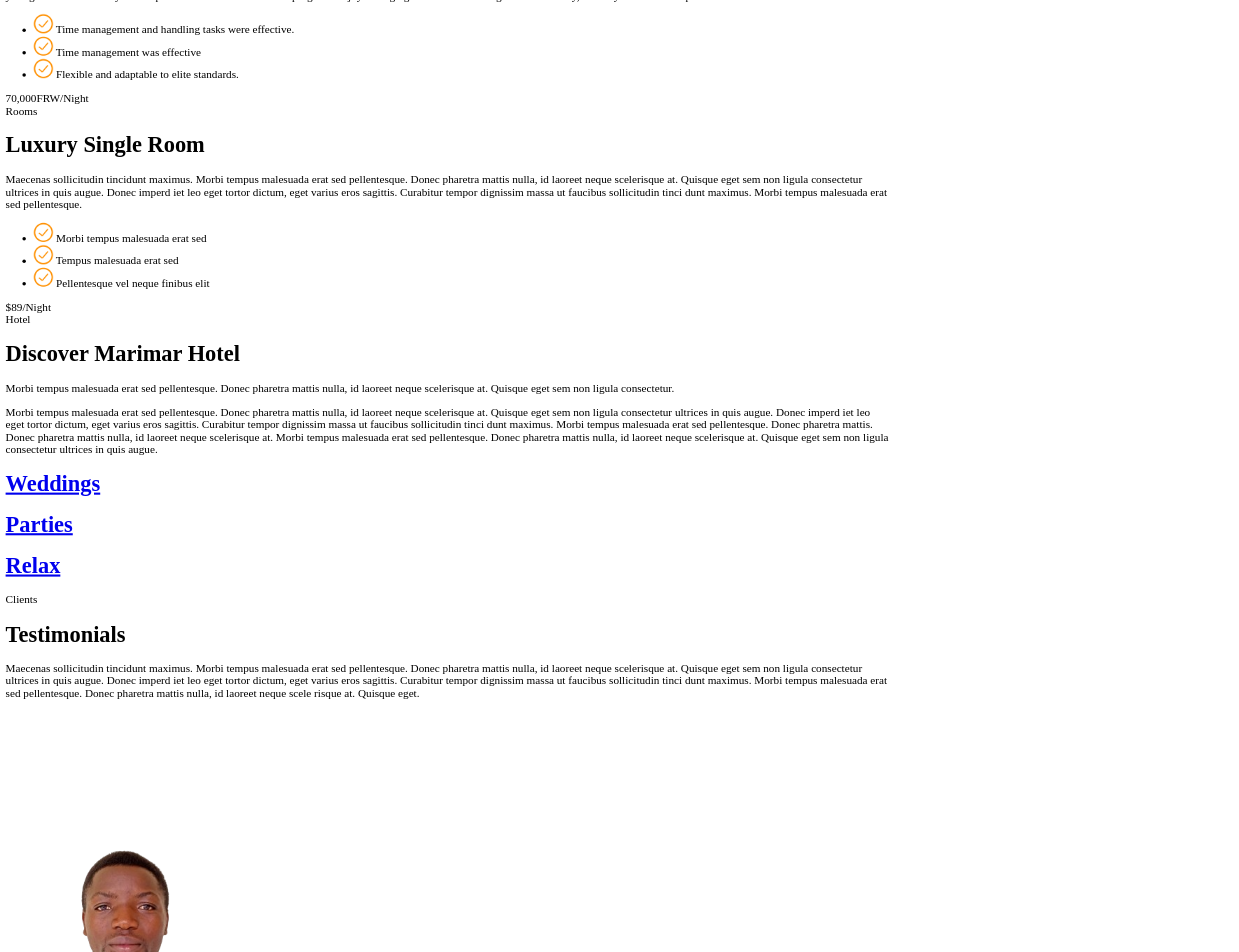
Repository: ITpatrick1/Accommodation-System
Page: http://localhost/home.php
An editor plug-in stored every save of this project. The page is shown before and after the next save, followed by the edit.
The browser window is 1280 px wide. The page is 1770 px wide, so the pictures cover 1770 px, including what lies to the right of the window. The pictures show the part of the page from y = 2434 to 3794 px (the page is 8321 px tall before and 8303 px after), at 70% of full size.
The page is run by PHP 8.4 with error messages shown; the project is at /var/www/html/.

Above is the page before, as saved 2024-08-19 01:29:16.

### home.php
<div class="intro">
    <div class="container">
      <div class="row">
        <div class="col">
          <div class="section_title text-center">
            <div>Welcome</div>
            <h1>Amazing Hotel in front of the Sea</h1>
          </div>
        </div>
      </div>
      <div class="row intro_row">
        <div class="col-xl-8 col-lg-10 offset-xl-2 offset-lg-1">
          <div class="intro_text text-center">
            <p>Effective planning and maximum effort are essential for success. Handling time well and with pleasure is key to managing tasks smoothly without obstacles. Focus on details, even when things are complicated, and stay concentrated on important tasks for progress. Carefully plan for future success and respect important tasks. Enjoy managing time and addressing tasks effectively, without barriers. Pay attention to details amidst complexity and keep focused on key tasks for growth and advancement. Planning carefully and respecting essential tasks will lead to future success.</p>
          </div>
        </div>
      </div>
      <div class="row gallery_row">
        <div class="col">

          <!-- Gallery -->
          <div class="gallery_slider_container">
            <div class="owl-carousel owl-theme gallery_slider">

              <!-- Slide -->
              <div class="gallery_slide">
                <img src="images/gallery_1.jpg" alt="">
                <div class="gallery_overlay">
                  <div class="text-center d-flex flex-column align-items-center justify-content-center">
                    <a href="#">
                      <!-- <span>+</span>
                      <span>See More</span> -->
                    </a>
                  </div>
                </div>
              </div>

              <!-- Slide -->
              <div class="gallery_slide">
                <img src="images/gallery_2.jpg" alt="">
                <div class="gallery_overlay">
                  <div class="text-center d-flex flex-column align-items-center justify-content-center">
                    <a href="#">
                      <!-- <span>+</span>
                      <span>See More</span> -->
                    </a>
                  </div>
                </div>
              </div>

              <!-- Slide -->
              <div class="gallery_slide">
                <img src="images/gallery_3.jpg" alt="">
                <div class="gallery_overlay">
                  <div class="text-center d-flex flex-column align-items-center justify-content-center">
                    <a href="#">
                      <!-- <span>+</span>
                      <span>See More</span> -->
                    </a>
                  </div>
                </div>
              </div>

              <!-- Slide -->
              <div class="gallery_slide">
                <img src="images/gallery_4.jpg" alt="">
                <div class="gallery_overlay">
                  <div class="text-center d-flex flex-column align-items-center justify-content-center">
                    <a href="#">
                      <!-- <span>+</span>
                      <span>See More</span> -->
                    </a>
                  </div>
                </div>
              </div>

            </div>
          </div>

        </div>
      </div>
    </div>
  </div>

  <!-- Rooms -->

  <div class="rooms_right container_wrapper">
    <div class="container">
      <div class="row row-eq-height">

        <!-- Rooms Image -->
        <div class="col-xl-6 order-xl-1 order-2">
          <div class="rooms_slider_container">
            <div class="owl-carousel owl-theme rooms_slider">

              <!-- Slide -->
              <div class="slide">
                <div class="background_image" style="background-image:url(images/rooms_1.jpg)"></div>
              </div>

              <!-- Slide -->
              <div class="slide">
                <div class="background_image" style="background-image:url(images/rooms_1.jpg)"></div>
              </div>

              <!-- Slide -->
              <div class="slide">
                <div class="background_image" style="background-image:url(images/rooms_1.jpg)"></div>
              </div>

            </div>
          </div>
        </div>

        <!-- Rooms Content -->
        <div class="col-xl-6 order-xl-2 order-1">
          <div class="rooms_right_content">
            <div class="section_title">
              <div>Rooms</div>
              <h1>Luxury Double Suite</h1>
            </div>
            <div class="rooms_text">
              <p>Effective planning and effort are crucial. Managing time well and handling tasks smoothly are important for success. Focus on key details, even if things get complicated, and stay committed to your goals. Plan carefully and respect essential tasks to achieve progress. Enjoy managing time and addressing tasks effectively, and stay focused on important details to ensure success.</p>
            </div>
            <div class="rooms_list">
              <ul>
                <li class="d-flex flex-row align-items-center justify-content-start">
                  <img src="images/check.png" alt="">
                  <span>Time management and handling tasks were effective.</span>
                </li>
                <li class="d-flex flex-row align-items-center justify-content-start">
                  <img src="images/check.png" alt="">
                  <span>Time management was effective</span>
                </li>
                <li class="d-flex flex-row align-items-center justify-content-start">
                  <img src="images/check.png" alt="">
                  <span>Flexible and adaptable to elite standards.</span>
                </li>
              </ul>
            </div>
            <div class="rooms_price">70,000FRW/<span>Night</span></div>

          </div>
        </div>

      </div>
    </div>
  </div>

  <!-- Rooms -->

  <div class="rooms_left container_wrapper">
    <div class="container">
      <div class="row row-eq-height">

        <!-- Rooms Content -->
        <div class="col-xl-6">
          <div class="rooms_left_content">
            <div class="section_title">
              <div>Rooms</div>
              <h1>Luxury Single Room</h1>
            </div>
            <div class="rooms_text">
              <p>Maecenas sollicitudin tincidunt maximus. Morbi tempus malesuada erat sed pellentesque. Donec pharetra mattis nulla, id laoreet neque scelerisque at. Quisque eget sem non ligula consectetur ultrices in quis augue. Donec imperd iet leo eget tortor dictum, eget varius eros sagittis. Curabitur tempor dignissim massa ut faucibus sollicitudin tinci dunt maximus. Morbi tempus malesuada erat sed pellentesque.</p>
            </div>
            <div class="rooms_list">
              <ul>
                <li class="d-flex flex-row align-items-center justify-content-start">
                  <img src="images/check.png" alt="">
                  <span>Morbi tempus malesuada erat sed</span>
                </li>
                <li class="d-flex flex-row align-items-center justify-content-start">
                  <img src="images/check.png" alt="">
                  <span>Tempus malesuada erat sed</span>
                </li>
                <li class="d-flex flex-row align-items-center justify-content-start">
                  <img src="images/check.png" alt="">
                  <span>Pellentesque vel neque finibus elit</span>
                </li>
              </ul>
            </div>
            <div class="rooms_price">$89/<span>Night</span></div>

          </div>
        </div>

        <!-- Rooms Image -->
        <div class="col-xl-6">
          <div class="rooms_slider_container">
            <div class="owl-carousel owl-theme rooms_slider">

              <!-- Slide -->
              <div class="slide">
                <div class="background_image" style="background-image:url(images/rooms_2.jpg)"></div>
              </div>

              <!-- Slide -->
              <div class="slide">
                <div class="background_image" style="background-image:url(images/rooms_2.jpg)"></div>
              </div>

              <!-- Slide -->
              <div class="slide">
                <div class="background_image" style="background-image:url(images/rooms_2.jpg)"></div>
              </div>

            </div>
          </div>
        </div>

      </div>
    </div>
  </div>

  <!-- Discover -->

  <div class="discover">

    <!-- Discover Content -->
    <div class="discover_content">
      <div class="container">
        <div class="row">
          <div class="col-lg-5">
            <div class="section_title">
              <div>Hotel</div>
              <h1>Discover Marimar Hotel</h1>
            </div>
          </div>
        </div>
        <div class="row discover_row">
          <div class="col-lg-5">
            <div class="discover_highlight">
              <p>Morbi tempus malesuada erat sed pellentesque. Donec pharetra mattis nulla, id laoreet neque scelerisque at. Quisque eget sem non ligula consectetur.</p>
            </div>
            <!-- <div class="button discover_button"><a href="#">discover</a></div> -->
          </div>
          <div class="col-lg-7">
            <div class="discover_text">
              <p>Morbi tempus malesuada erat sed pellentesque. Donec pharetra mattis nulla, id laoreet neque scelerisque at. Quisque eget sem non ligula consectetur ultrices in quis augue. Donec imperd iet leo eget tortor dictum, eget varius eros sagittis. Curabitur tempor dignissim massa ut faucibus sollicitudin tinci dunt maximus. Morbi tempus malesuada erat sed pellentesque. Donec pharetra mattis. Donec pharetra mattis nulla, id laoreet neque scelerisque at. Morbi tempus malesuada erat sed pellentesque. Donec pharetra mattis nulla, id laoreet neque scelerisque at. Quisque eget sem non ligula consectetur ultrices in quis augue.</p>
            </div>
          </div>
        </div>
      </div>
    </div>

    <!-- Discover Slider -->
    <div class="discover_slider_container">
      <div class="owl-carousel owl-theme discover_slider">

        <!-- Slide -->
        <div class="slide">
          <div class="background_image" style="background-image:url(images/discover_1.jpg)"></div>
          <div class="discover_overlay d-flex flex-column align-items-center justify-content-center">
            <h1><a href="#">Weddings</a></h1>
          </div>
        </div>

        <!-- Slide -->
        <div class="slide">
          <div class="background_image" style="background-image:url(images/discover_2.jpg)"></div>
          <div class="discover_overlay d-flex flex-column align-items-center justify-content-center">
            <h1><a href="#">Parties</a></h1>
          </div>
        </div>

        <!-- Slide -->
        <div class="slide">
          <div class="background_image" style="background-image:url(images/discover_3.jpg)"></div>
          <div class="discover_overlay d-flex flex-column align-items-center justify-content-center">
            <h1><a href="#">Relax</a></h1>
          </div>
        </div>

      </div>
    </div>

  </div>

  <!-- Testimonials -->

  <div class="testimonials">
    <div class="container">
      <div class="row">
        <div class="col">
          <div class="section_title text-center">
            <div>Clients</div>
            <h1>Testimonials</h1>
          </div>
        </div>
      </div>
      <div class="row testimonials_row">
        <div class="col">

          <!-- Testimonials Slider -->
          <div class="testimonials_slider_container">
            <div class="owl-carousel owl-theme testimonials_slider">

              <!-- Slide -->
              <div>
                <div class="testimonial_text text-center">
                  <p>Maecenas sollicitudin tincidunt maximus. Morbi tempus malesuada erat sed pellentesque. Donec pharetra mattis nulla, id laoreet neque scelerisque at. Quisque eget sem non ligula consectetur ultrices in quis augue. Donec imperd iet leo eget tortor dictum, eget varius eros sagittis. Curabitur tempor dignissim massa ut faucibus sollicitudin tinci dunt maximus. Morbi tempus malesuada erat sed pellentesque. Donec pharetra mattis nulla, id laoreet neque scele risque at. Quisque eget.</p>
                </div>
                <div class="testimonial_author text-center">
                  <div class="testimonial_author_image"><img src="images/1.png" alt=""></div>
                  <div class="testimonial_author_name"><a href="#">JHS Sujel,</a><span> Client</span></div>
                </div>
              </div>

              <!-- Slide -->
              <div>
                <div class="testimonial_text text-center">
                  <p>Maecenas sollicitudin tincidunt maximus. Morbi tempus malesuada erat sed pellentesque. Donec pharetra mattis nulla, id laoreet neque scelerisque at. Quisque eget sem non ligula consectetur ultrices in quis augue. Donec imperd iet leo eget tortor dictum, eget varius eros sagittis. Curabitur tempor dignissim massa ut faucibus sollicitudin tinci dunt maximus. Morbi tempus malesuada erat sed pellentesque. Donec pharetra mattis nulla, id laoreet neque scele risque at. Quisque eget.</p>
                </div>
                <div class="testimonial_author text-center">
                  <div class="testimonial_author_image"><img src="images/rayhan.jpg" alt=""></div>
                  <div class="testimonial_author_name"><a href="#">Rayhan Ahmed,</a><span> Client</span></div>
                </div>
              </div>

              <!-- Slide -->
              <div>
                <div class="testimonial_text text-center">
                  <p>Maecenas sollicitudin tincidunt maximus. Morbi tempus malesuada erat sed pellentesque. Donec pharetra mattis nulla, id laoreet neque scelerisque at. Quisque eget sem non ligula consectetur ultrices in quis augue. Donec imperd iet leo eget tortor dictum, eget varius eros sagittis. Curabitur tempor dignissim massa ut faucibus sollicitudin tinci dunt maximus. Morbi tempus malesuada erat sed pellentesque. Donec pharetra mattis nulla, id laoreet neque scele risque at. Quisque eget.</p>
                </div>
                <div class="testimonial_author text-center">
                  <div class="testimonial_author_image"><img src="images/tushar.jpg" alt=""></div>
                  <div class="testimonial_author_name"><a href="#">N_H Tushar,</a><span> Client</span></div>
                </div>
              </div>

            </div>
          </div>
        </div>
      </div>
    </div>
  </div>

After the next save:
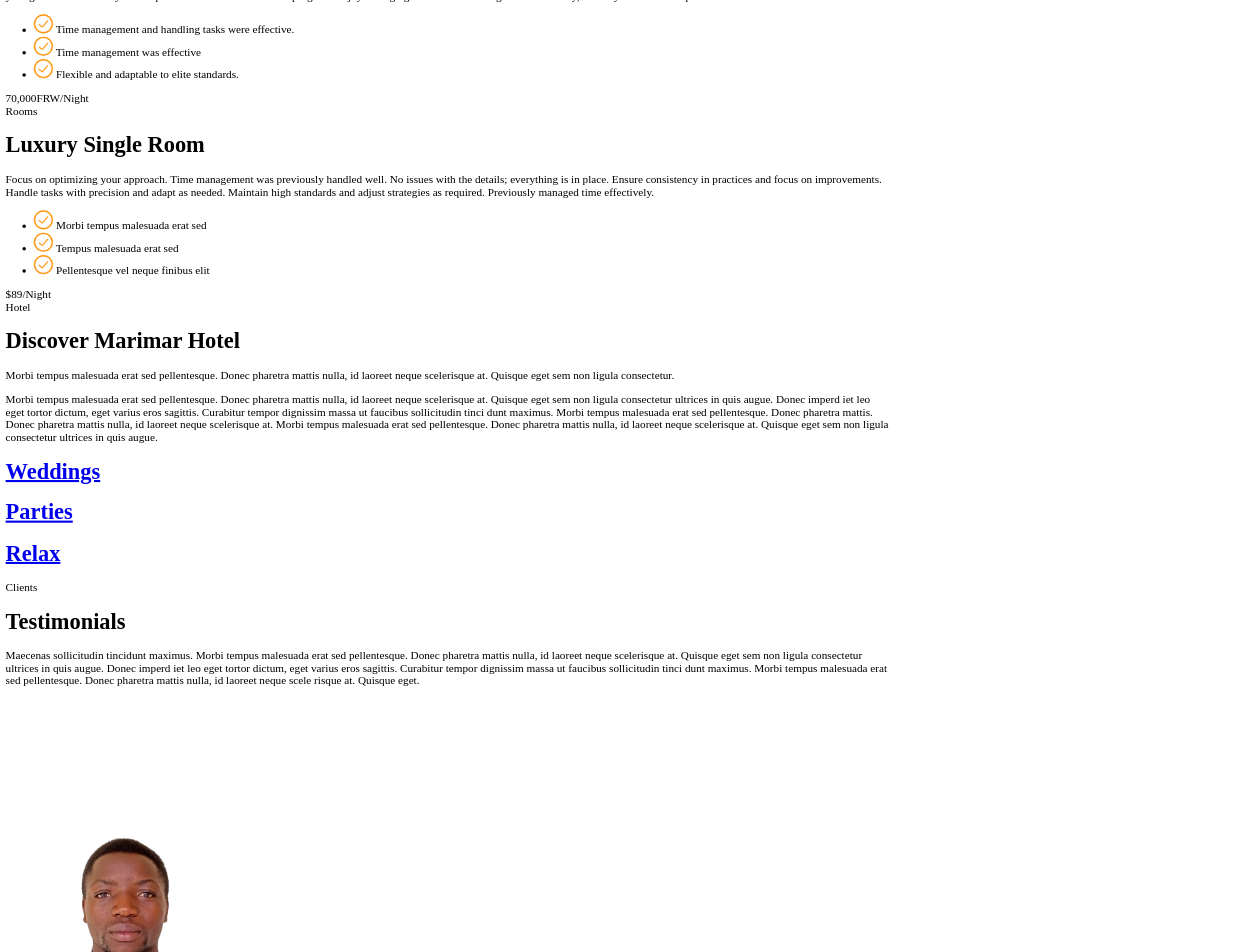
Saved 85 s later.
--- a/home.php
+++ b/home.php
@@ -161,7 +161,7 @@
               <h1>Luxury Single Room</h1>
             </div>
             <div class="rooms_text">
-              <p>Maecenas sollicitudin tincidunt maximus. Morbi tempus malesuada erat sed pellentesque. Donec pharetra mattis nulla, id laoreet neque scelerisque at. Quisque eget sem non ligula consectetur ultrices in quis augue. Donec imperd iet leo eget tortor dictum, eget varius eros sagittis. Curabitur tempor dignissim massa ut faucibus sollicitudin tinci dunt maximus. Morbi tempus malesuada erat sed pellentesque.</p>
+              <p>Focus on optimizing your approach. Time management was previously handled well. No issues with the details; everything is in place. Ensure consistency in practices and focus on improvements. Handle tasks with precision and adapt as needed. Maintain high standards and adjust strategies as required. Previously managed time effectively.</p>
             </div>
             <div class="rooms_list">
               <ul>
